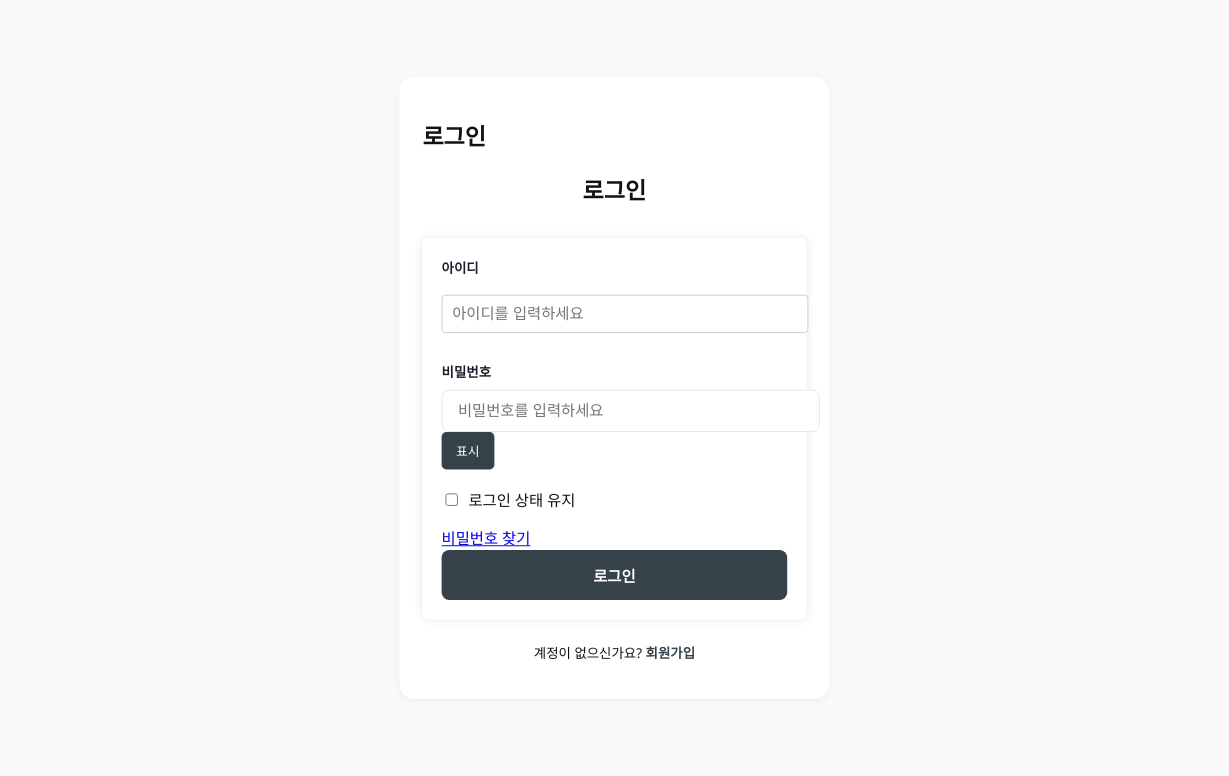
Repository: dldnwls07/Register_Login_Form
Page: /
The author's editor kept a copy of each file at every save. The page is drawn from the files as they stood at one save, then again after the next save.
The browser window is 1280 px wide. The pictures show the whole page, at 96% of full size.
The project was rebuilt for these pictures with package versions that can differ from the ones it lists, and the page was loaded fresh each time. Also part of the build but not shown: src/pages/auth/RegisterPage.jsx.

Above is the page before, as saved 2025-05-26 09:36:04.

After the next save:
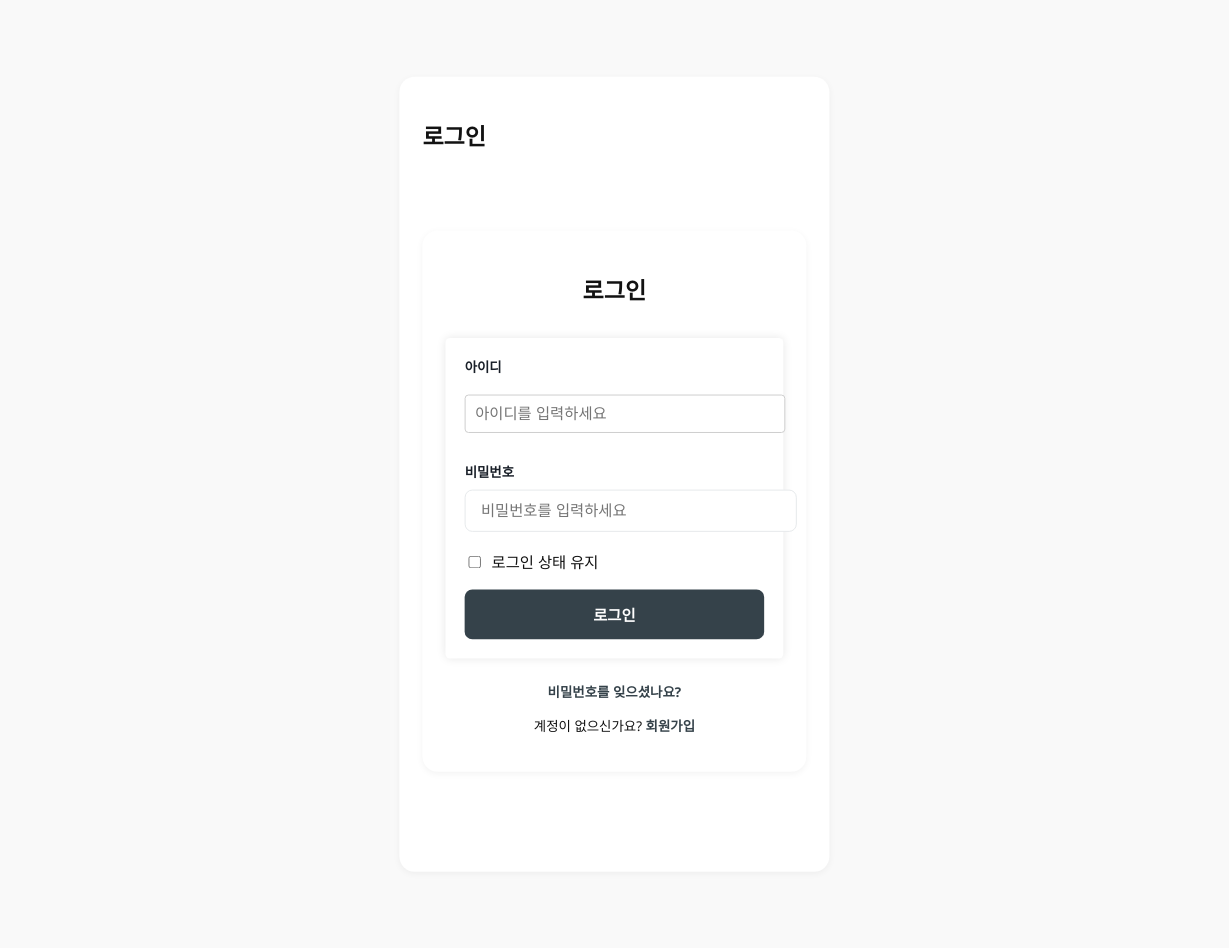
Saved 2 s later.
--- a/src/components/LoginForm.jsx
+++ b/src/components/LoginForm.jsx
@@ -109,89 +109,57 @@ const LoginForm = ({ onLoginSuccess }) => {
   };
 
   return (
-    <div className="auth-form-container">
+    <div className="auth-container">
       <h2 className="auth-title">로그인</h2>
-
-      {successMessage && (
-        <div className="auth-success-message">{successMessage}</div>
-      )}
-
-      {error && (
-        <div className="auth-error-message">{error}</div>
-      )}
-
-      <form className="auth-form" onSubmit={handleSubmit}>
+      <form onSubmit={handleSubmit}>
         <div className="form-group">
           <label htmlFor="username">아이디</label>
           <input
+            id="username"
             type="text"
-            id="username"
             name="username"
             value={formData.username}
             onChange={handleChange}
             placeholder="아이디를 입력하세요"
             disabled={isLoading}
-            className={error.username ? 'input-error-field' : ''}
-            autoComplete="username"
           />
-          {error.username && (
-            <div className="input-error">{error.username}</div>
-          )}
         </div>
 
         <div className="form-group">
           <label htmlFor="password">비밀번호</label>
-          <div className="password-input-container">
-            <input
-              type={showPassword ? "text" : "password"}
-              id="password"
-              name="password"
-              value={formData.password}
-              onChange={handleChange}
-              placeholder="비밀번호를 입력하세요"
-              disabled={isLoading}
-              className={error.password ? 'input-error-field' : ''}
-              autoComplete="current-password"
-            />
-            <button
-              type="button"
-              className="toggle-password-btn"
-              onClick={togglePasswordVisibility}
-              aria-label={showPassword ? "비밀번호 숨기기" : "비밀번호 표시"}
-            >
-              {showPassword ? "숨기기" : "표시"}
-            </button>
-          </div>
-          {error.password && <div className="input-error">{error.password}</div>}
-        </div>        <div className="form-options">
-          <label className="auto-login">
-            <input
-              type="checkbox"
-              name="autoLogin"
-              checked={autoLogin}
-              onChange={handleAutoLoginChange}
-            />
-            <span className="auto-login-label">로그인 상태 유지</span>
-          </label>
-          <Link to="/forgot-password" className="forgot-password">비밀번호 찾기</Link>
+          <input
+            id="password"
+            type={showPassword ? "text" : "password"}
+            name="password"
+            value={formData.password}
+            onChange={handleChange}
+            placeholder="비밀번호를 입력하세요"
+            disabled={isLoading}
+          />
         </div>
+
+        {error && <div className="error-message">{error}</div>}
+
+        <label className="auto-login">
+          <input
+            type="checkbox"
+            checked={autoLogin}
+            onChange={(e) => setAutoLogin(e.target.checked)}
+          />
+          <span>로그인 상태 유지</span>
+        </label>
 
         <button
           type="submit"
-          className={`auth-button ${isLoading ? 'loading' : ''}`}
+          className="auth-button"
           disabled={isLoading}
         >
           {isLoading ? '로그인 중...' : '로그인'}
         </button>
-
-        {loginAttempts > 2 && (
-          <div className="auth-warning-message">
-            여러 번의 로그인 실패 시 계정이 일시적으로 잠길 수 있습니다.
-          </div>
-        )}
       </form>
 
       <div className="auth-links">
+        <Link to="/forgot-password">비밀번호를 잊으셨나요?</Link>
         <p>
           계정이 없으신가요? <Link to="/register">회원가입</Link>
         </p>
